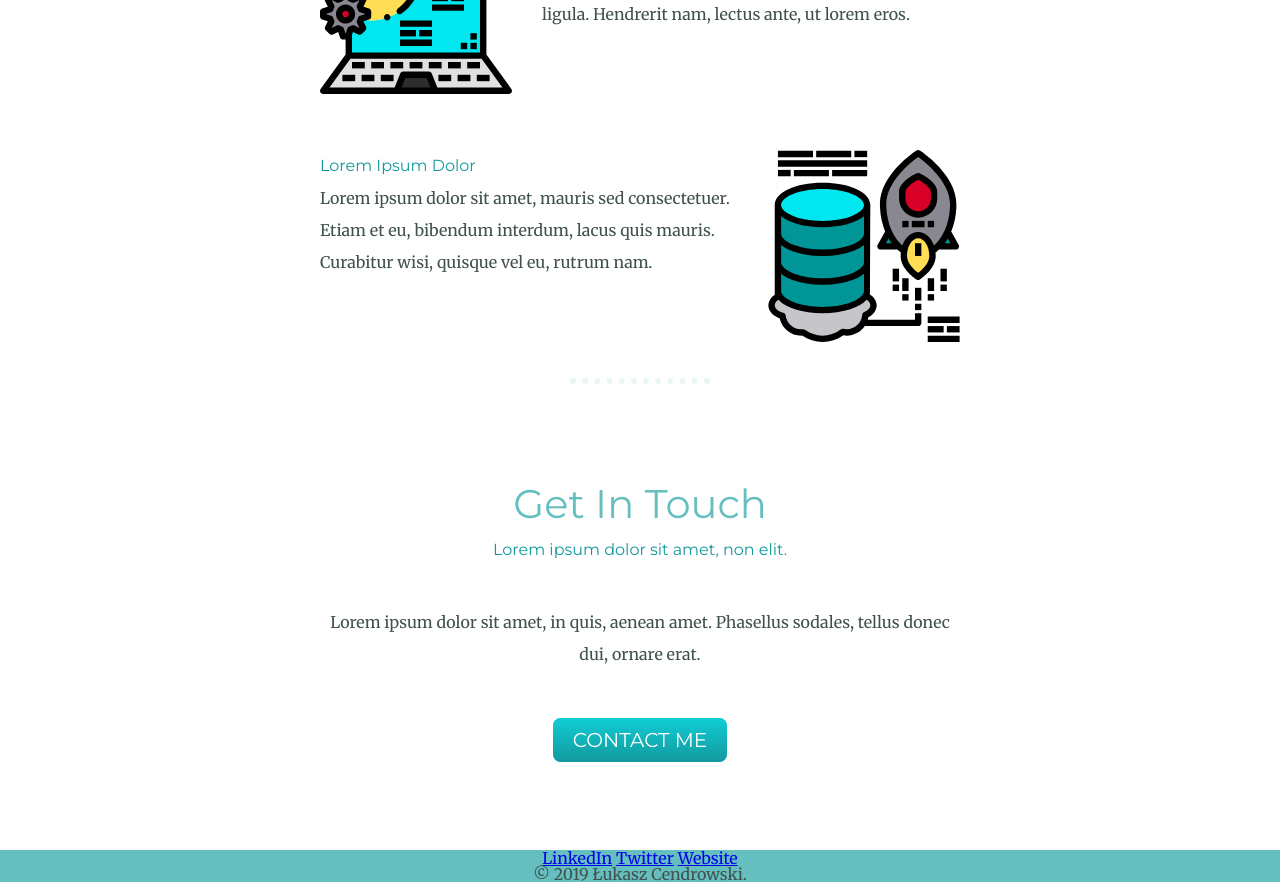
Repository: Isanderr/simple_landing_page-1
Page: index.html
These files come from the project's save history. The page is drawn as it stood at one moment and after the next save; the edit follows.
The browser window is 1280 px wide. The pictures show the part of the page from y = 1412 to 2364 px (the page is 2296 px tall before and 2364 px after).
A picture or video elsewhere on the page could not be fetched, so the positions and the page height are approximate.

Above is the page before, as saved 2019-02-01 17:58:03.

After the next save:
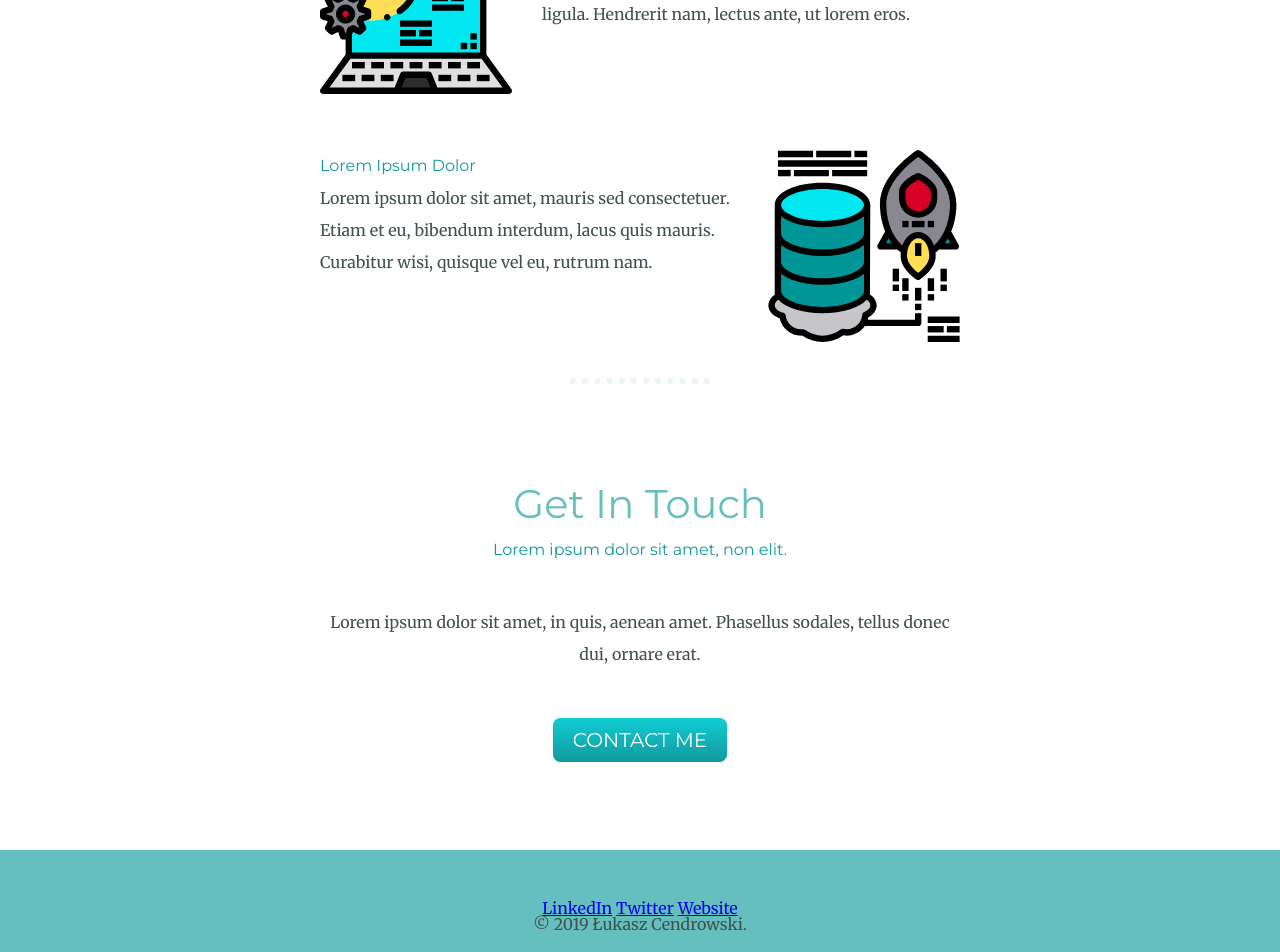
Saved 65 s later.
--- a/css/styles.css
+++ b/css/styles.css
@@ -47,6 +47,7 @@ margin: 100px 0;
 
 .bottom-container {
 background-color: #66BFBF;
+padding: 50px 0 20px;
 }
 
 .pro {
